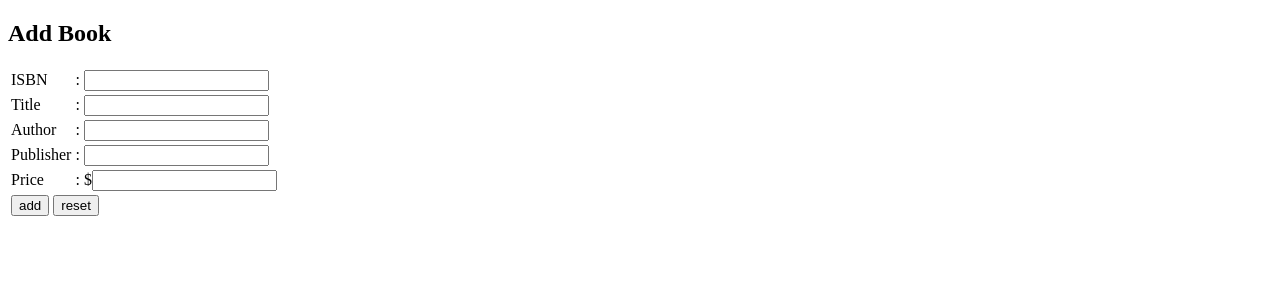
Repository: beryorindi/java2ee
Page: http://localhost/JSF-Example-2/bookcrud.jsp
An editor plug-in stored every save of this project. The page is shown before and after the next save, followed by the edit.
The browser window is 1280 px wide. The pictures show the whole page.
The page is served by Tomcat 9. Nobody is signed in. The application's start-up code is not run.

Above is the page before, as saved 2017-04-21 06:25:20.

After the next save:
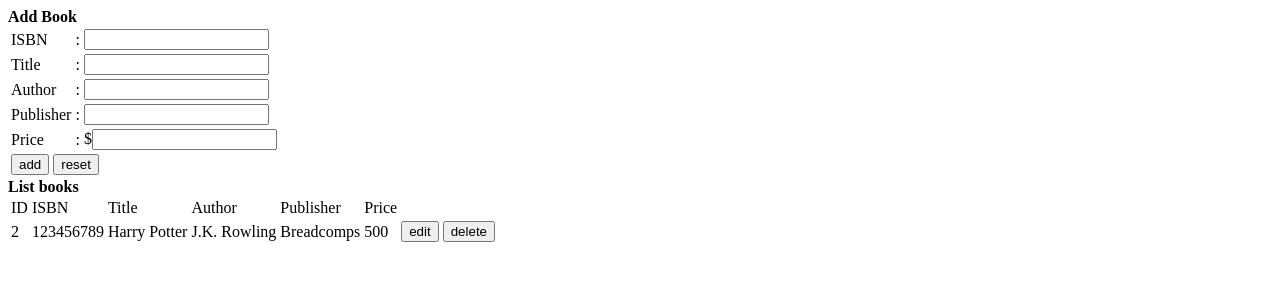
Saved 4 min 6 s later.
--- a/project5-exercise/JSF-Example-2/WebContent/bookcrud.jsp
+++ b/project5-exercise/JSF-Example-2/WebContent/bookcrud.jsp
@@ -7,7 +7,7 @@
 <title>Simple CRUD</title>
 </head>
 <body>
-	<h2>Add Book</h2>
+	<b>Add Book</b>
 	<form method="POST" action="StudentServlet">
 		<table>
 			<tr>
@@ -74,6 +74,57 @@
 		</table>
 	</form>
 
+	<b>List books</b>
+		<table>
+			<tr>
+				<td>
+					ID
+				</td>
+				<td>
+					ISBN
+				</td>
+				<td>
+					Title
+				</td>
+				<td>
+					Author
+				</td>
+				<td>
+					Publisher
+				</td>
+				<td>
+					Price
+				</td>
+				<td>
+
+				</td>
+			</tr>
+			<tr>
+				<td>
+					2
+				</td>
+				<td>
+					123456789
+				</td>
+				<td>
+					Harry Potter
+				</td>
+				<td>
+					J.K. Rowling
+				</td>
+				<td>
+					Breadcomps
+				</td>
+				<td>
+					500
+				</td>
+				<td>
+					<button type="submit">edit</button>
+					<button type="delete">delete</button>
+				</td>
+			</tr>
+		</table>
+
 
 
 </body>
